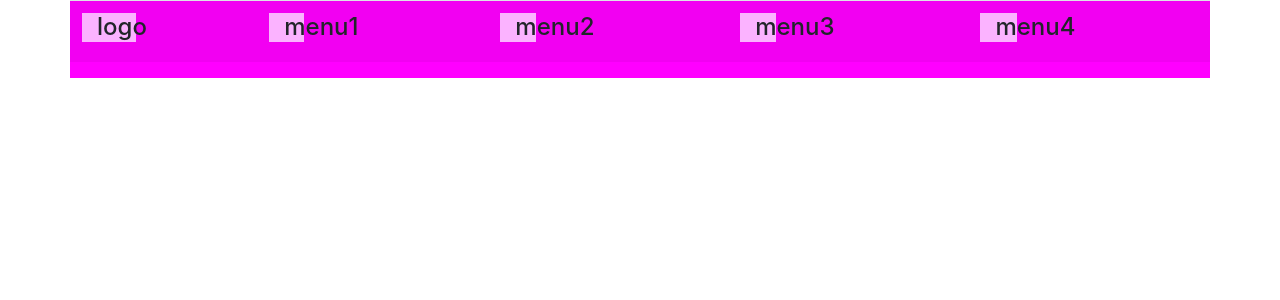
Repository: HayatoTakaha/bookers2-debug
Page: bootstrap_practice/index.html
The author's editor kept a record of every edit. The page is drawn from the files as they stood at one moment, then again after the next edit.
The browser window is 1280 px wide. The pictures show the whole page.

Above is the page before.

### bootstrap_practice/index.html
<!DOCTYPE html>
<html lang="ja">
  <head>
    <meta charset="utf8" />
    <title>23章演習</title>
    <link rel="stylesheet" href="https://cdn.jsdelivr.net/npm/bootstrap@4.6.2/dist/css/bootstrap.min.css"
    integrity="sha384-xOolHFLEh07PJGoPkLv1IbcEPTNtaed2xpHsD9ESMhqIYd0nLMwNLD69Npy4HI+N" crossorigin="anonymous">
    <link rel="stylesheet" href="style.css" />
  </head>

  <body>

   <div class="container">
       <div class="row" style="background-color: #ff00ff;" >
        <table class="table table-striped">
        <td>
         <div class="col-lg-4" style="background-color: #fbb3ff ;">
         <h4>logo</h4>
        </div>
        </td>
        <td>
        <div class="col-lg-2" style="background-color: #fbb3ff ;">
          <h4>menu1</h4>
        </div>
        </td>
        <td>
        <div class="col-lg-2" style="background-color: #fbb3ff ;">
          <h4>menu2</h4>
        </div>
        </td>
        <td>
        <div class="col-lg-2" style="background-color: #fbb3ff ;">
          <h4>menu3</h4>
        </div>
        </td>
        <td>
        <div class="col-lg-2" style="background-color: #fbb3ff ;">
          <h4>menu4</h4>
        </div>
        </td>
      </table>
     </div>
     </div>
  </body>

</html>

### bootstrap_practice/style.css
* {
  margin: 0;
  padding: 0;
  box-sizing: border-box;
}

.selector-for-some-widget {
  box-sizing: content-box;
}

After the next edit:
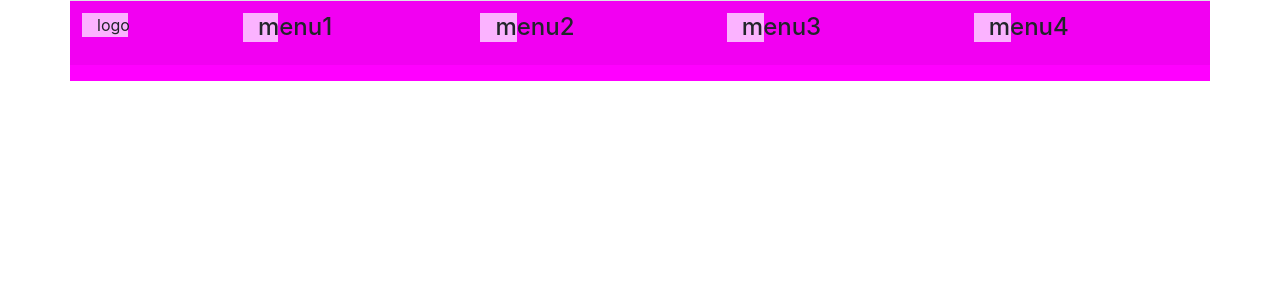
The edit:
--- a/bootstrap_practice/index.html
+++ b/bootstrap_practice/index.html
@@ -15,8 +15,8 @@
         <table class="table table-striped">
         <td>
          <div class="col-lg-4" style="background-color: #fbb3ff ;">
-         <h4>logo</h4>
-        </div>
+         <p>logo</p>
+         </div>
         </td>
         <td>
         <div class="col-lg-2" style="background-color: #fbb3ff ;">
